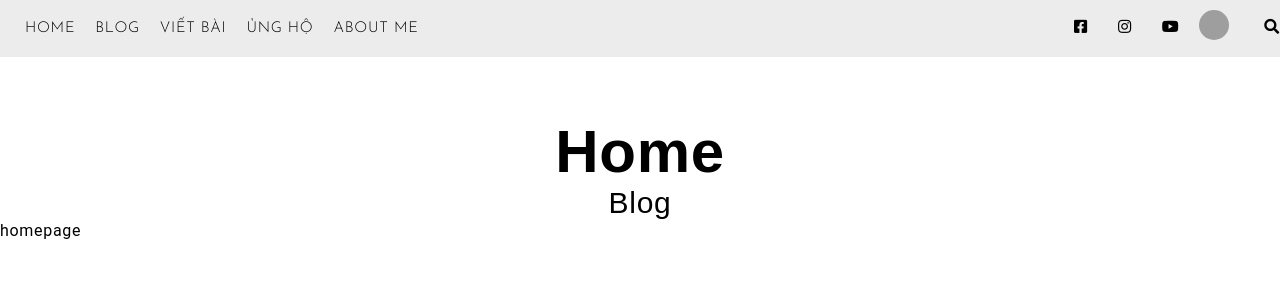
Repository: DTien93/blog-meanstack
Page: / (app in my-app/)
These files come from the project's save history. The page is drawn as it stood at one moment and after the next save; the edit follows.
The browser window is 1280 px wide. The pictures show the whole page.
Pictures or frames that could not be fetched are drawn as grey boxes. Some web libraries are served in a nearby version. The project was rebuilt for these pictures with package versions that can differ from the ones it lists, and the page was loaded fresh each time. Also part of the build but not shown: my-app/src/components/pages/home.css.

Above is the page before, as saved 2021-08-21 16:00:32.

### my-app/public/index.html
<!DOCTYPE html>
<html lang="en">
  <head>
    <meta charset="utf-8" />
    <link rel="icon" href="%PUBLIC_URL%/favicon.ico" />
    <link rel="preconnect" href="https://fonts.googleapis.com">
    <link rel="preconnect" href="https://fonts.gstatic.com" crossorigin>
    <link href="https://fonts.googleapis.com/css2?family=Josefin+Sans:ital,wght@0,100;0,200;0,300;1,100;1,200;1,300&family=Josefin+Slab:ital,wght@0,100;1,100&family=Varela&family=Varela+Round&display=swap" rel="stylesheet">
    <link rel="stylesheet" href="https://pro.fontawesome.com/releases/v5.10.0/css/all.css" integrity="sha384-AYmEC3Yw5cVb3ZcuHtOA93w35dYTsvhLPVnYs9eStHfGJvOvKxVfELGroGkvsg+p" crossorigin="anonymous"/>
    <meta name="viewport" content="width=device-width, initial-scale=1" />
    <meta name="theme-color" content="#000000" />
    <meta
      name="description"
      content="Web site created using create-react-app"
    />
    <link rel="apple-touch-icon" href="%PUBLIC_URL%/logo192.png" />
    <link rel="manifest" href="%PUBLIC_URL%/manifest.json" />
    <title>React App</title>
  </head>
  <body>
    <noscript>You need to enable JavaScript to run this app.</noscript>
    <div id="root"></div>
  </body>
</html>

### my-app/src/index.js
import React from 'react'
import ReactDOM from 'react-dom'
import App from './App'

import './css/index.css'

ReactDOM.render(
  <React.StrictMode>
    <App />
  </React.StrictMode>,
  document.getElementById('root')
);

### my-app/src/App.js
import React from 'react'

// Components
import TopBar from './components/TopBar'
import Home from './components/pages/Home'

// css
import './css/index.css'


function App() {
  return (
    <>
      <TopBar />
      <Home />
    </>
  );
}

export default App;

### my-app/src/css/index.css
:root {
    --main-bg: #fff;

    --main-header: #ececec;
    --second-header: #999;

    --txt-color: #000;
    --main-color: #252525;
    --second-color: #d3b062;

    --border-color: #000;
    --border-main:#d3b062;

    --main-color: #000;
    --main-second: #d3b062;

    --main-size: 15px;
    --second-size: 20px;
}

* {
    padding: 0;
    margin: 0;
    box-sizing: border-box;
    -webkit-tap-highlight-color: transparent;
}

body {
    font-family: "Roboto", sans-serif;
    -webkit-font-smoothing: antialiased;
    -moz-osx-font-smoothing: grayscale;
    letter-spacing: 0.7px;
}

a {
    text-decoration: none;
    color: unset;
}

a:hover {
    color: var(--main-second);
}

ul {
    list-style-type: none;
}

input {
    border: 2px solid transparent;
    outline: 0;
}

li {
    text-decoration: none;
    list-style-type: none;
}

### my-app/src/components/TopBar/index.jsx
import React from 'react'

import '../TopBar/topbar.css'


export default function TopBar() {
    return (

        <div className="top">
            <div className="top__left">
                <li className="top__left-item  item-active">Home</li>
                <li className="top__left-item">Blog</li>
                <li className="top__left-item">Viết bài</li>
                <li className="top__left-item">ủng hộ</li>
                <li className="top__left-item">About me</li>
            </div>

            <div className="top__right">
                <li className="top__right-item"><i className="fab fa-facebook-square"></i></li>
                <li className="top__right-item"><i className="fab fa-instagram"></i></li>
                <li className="top__right-item"><i className="fab fa-youtube"></i></li>
                <img className="top__right-img" src="https://media.thieunien.vn/thumb//uploads/2021/08/09/jisoo-blackpink-di-dong-phim-nhung-co-thanh-vien-nay-lai-duoc-khen-ve-dien-xuat-nhieu-hon_24560.jpg" alt="" />
                <li className="top__right-item top__search-icon"><i class="fas fa-search"></i></li>
            </div>
            </div>
    )
}

### my-app/src/components/pages/Home.jsx
import React from 'react'

import Header from '../Header'

import '../pages/home.css'

export default function Home() {
    return (
        <div className="home">
            <Header />
            homepage
        </div>
    )
}

### my-app/src/components/TopBar/TopBar.css
.top {
    width: 100%;
    height: 57px;
    background-color: var(--main-header);
    position: sticky;
    top: 0;
    display: flex;
    align-items: center;
    font-family: 'Josefin Sans', sans-serif;
}

.top__left{
    flex: 9;
    display: flex;
    line-height: 57px;
    padding: 0 15px;
    text-transform: uppercase;
}

.top__left-item {
    margin: 0 10px;
    color: var(--main-color);
    cursor: pointer;
    font-size: 15px;
}

.top__left-item item-active {
    color: var(--second-color);
}

.top__left-item:hover {
    color: var(--second-color);
}

.top__right {
    flex: 2;
    display: flex;
    line-height: 57px;
}

.top__right-item {
  font-size: var(--main-size);
  margin-left: 30px;
  color: var(--main-color);
  cursor: pointer;
  font-size: var(--main-size);
}

.top__right-img {
    margin: 10px 20px;
    width: 30px;
    height: 30px;
    margin-top: 10px;
    border-radius:  50%;
    object-fit: over;
}

.top__search-icon {
    font-size: var(--main-size);
    color: var(--main-color);
    cursor: pointer;
    margin-left: var(--main-size);
}

### my-app/src/components/Header/index.jsx
import React from 'react'

import { Link, Route, BrowserRouter } from 'react-router-dom'

// css
import '../Header/header.css'

export default function Header() {
    return (
        <BrowserRouter>
        <div className="header">
            <div className="header__titles">
                <h1 className="header__titles-heading">
                    <Link to="">Home</Link>
                </h1>
                <span className="header__titles-heading">Blog</span>
            </div>
            </div>
            </BrowserRouter>
    )
}

### my-app/src/components/Header/header.css
.header {
    margin-top: 60px;
}

.header__titles{
    display: flex;
    flex-direction: column;
    align-items: center;
    font-family: 'Montserrat',sans-serif;
    color: var(--txt-color);
    font-weight: 400;
    line-height: 1.15;
    font-size: 30px;
    text-transform: none;
}

.header_titles-heading {

}

Loaded but not shown: my-app/src/components/pages/home.css (no copy from this time; the picture is the same without it)

After the next save:
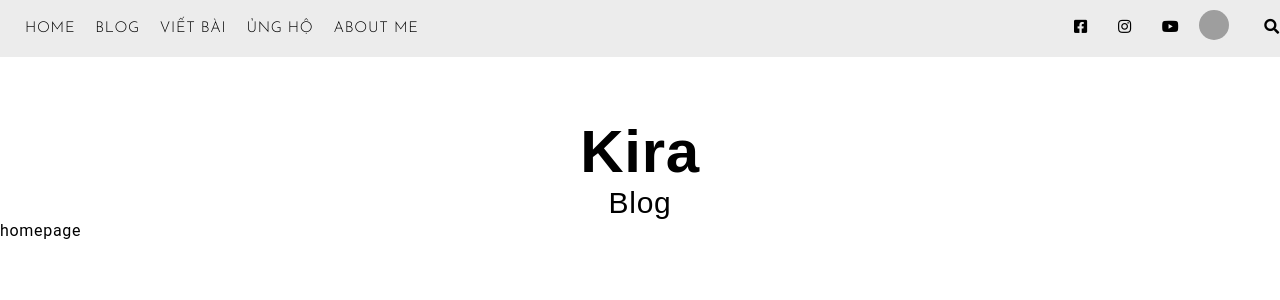
Saved 10 s later.
--- a/my-app/src/components/Header/index.jsx
+++ b/my-app/src/components/Header/index.jsx
@@ -11,7 +11,7 @@
         <div className="header">
             <div className="header__titles">
                 <h1 className="header__titles-heading">
-                    <Link to="">Home</Link>
+                    <Link to="">Kira</Link>
                 </h1>
                 <span className="header__titles-heading">Blog</span>
             </div>
